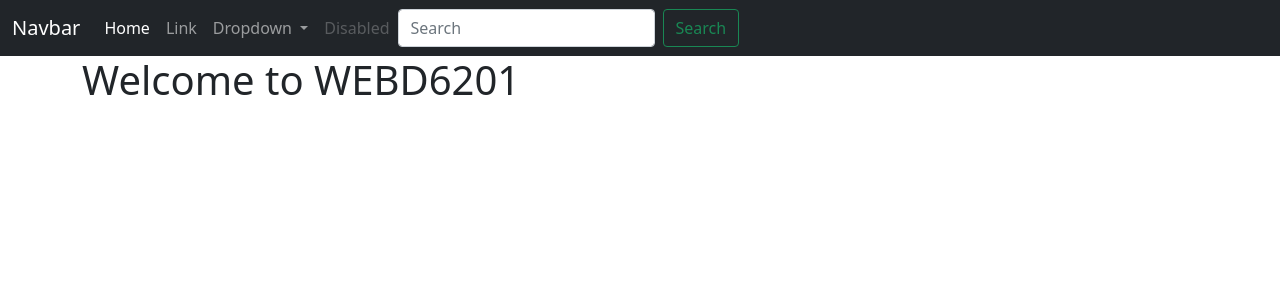
Repository: evanpalmer002/WEBD6201-W2021-Week2A
Page: week2a/index.html
These files come from the project's save history. The page is drawn as it stood at one moment and after the next save; the edit follows.
The browser window is 1280 px wide. The pictures show the whole page.

Above is the page before, as saved 2021-01-19 09:31:24.

After the next save:
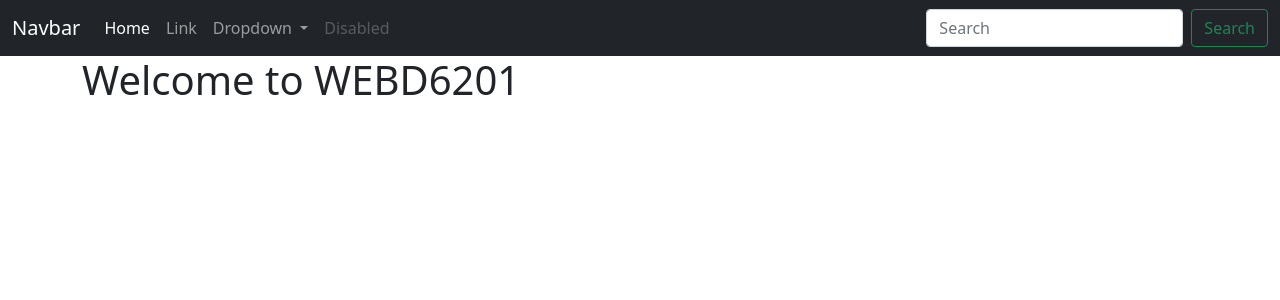
Saved 35 s later.
--- a/week2a/index.html
+++ b/week2a/index.html
@@ -21,7 +21,7 @@
       <span class="navbar-toggler-icon"></span>
     </button>
     <div class="collapse navbar-collapse" id="navbarSupportedContent">
-      <ul class="navbar-nav ml-auto">
+      <ul class="navbar-nav me-auto mb-2 mb-lg-0">
         <li class="nav-item">
           <a class="nav-link active" aria-current="page" href="#">Home</a>
         </li>
